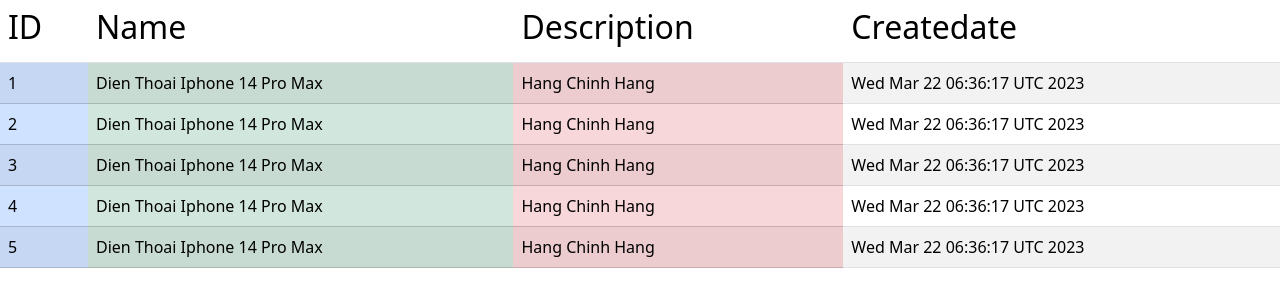
Repository: saiyagodvp/_java4
Page: http://localhost/slide4/product
An editor plug-in stored every save of this project. The page is shown before and after the next save, followed by the edit.
The browser window is 1280 px wide. The pictures show the whole page.
The page is served by Tomcat 9. Other server files are loaded and not shown.

Above is the page before, as saved 2023-03-24 10:59:23.

### slide4/src/main/webapp/product/list.jsp
<%@page import="org.apache.jasper.tagplugins.jstl.core.ForEach"%>
<%@ page language="java" contentType="text/html; charset=UTF-8"
	pageEncoding="UTF-8"%>

<%@page import="java.util.List"%>
<%@page import="model.Product "%>
<%@taglib uri="http://java.sun.com/jsp/jstl/core" prefix="c"%>
<!DOCTYPE html>
<html>
<head>
<link
	href="https://cdn.jsdelivr.net/npm/bootstrap@5.3.0-alpha1/dist/css/bootstrap.min.css"
	rel="stylesheet">
<script
	src="https://cdn.jsdelivr.net/npm/bootstrap@5.3.0-alpha1/dist/js/bootstrap.bundle.min.js"></script>

<script
	src="https://cdnjs.cloudflare.com/ajax/libs/angular.js/1.8.3/angular.min.js"
	integrity="sha512-KZmyTq3PLx9EZl0RHShHQuXtrvdJ+m35tuOiwlcZfs/rE7NZv29ygNA8SFCkMXTnYZQK2OX0Gm2qKGfvWEtRXA=="
	crossorigin="anonymous" referrerpolicy="no-referrer">

</script>
<script
	src="https://cdnjs.cloudflare.com/ajax/libs/angular.js/1.8.3/angular.min.js"
	integrity="sha512-KZmyTq3PLx9EZl0RHShHQuXtrvdJ+m35tuOiwlcZfs/rE7NZv29ygNA8SFCkMXTnYZQK2OX0Gm2qKGfvWEtRXA=="
	crossorigin="anonymous" referrerpolicy="no-referrer">

</script>
<meta charset="UTF-8">
<title>Insert title here</title>
</head>
<body align="center">
	<%-- <%
		List<Product> products = (List<Product>) request.getAttribute("listproducts");
		for (Product p : products){
			response.getWriter().print(p.getName());
		}
	%> --%>

	<!-- &nbsp -->

	<table class="table table-hover  table-striped ">
		<thead>
			<td><h2>ID</h2></td>
			<td><h2>Name</h2></td>
			<td><h2>Description</h2></td>
			<td><h2>Createdate</h2></td>
		</thead>
		<tbody>
			<c:forEach items="${listProducts}" var="p">
				<tr>
					<td class="table-primary">${p.id}</td>
					<td class="table-success">${p.name}</td>
					<td class="table-danger">${p.description}</td>
					<td>${p.createdate}</td>
				</tr>
			</c:forEach>
		</tbody>
	</table>
</body>
</html>

### slide4/src/main/java/controller/ProductController.java
package controller;

import java.io.IOException;
import java.util.ArrayList;
import java.util.Date;
import java.util.List;
import model.Product;
import javax.servlet.ServletException;
import javax.servlet.annotation.WebServlet;
import javax.servlet.http.HttpServlet;
import javax.servlet.http.HttpServletRequest;
import javax.servlet.http.HttpServletResponse;


@WebServlet("/product")
public class ProductController extends HttpServlet {
	private static final long serialVersionUID = 1L;

	public ProductController() {
		super();
		// TODO Auto-generated constructor stub
	}

	protected void doGet(HttpServletRequest request, HttpServletResponse response)
			throws ServletException, IOException {
		List<Product> p = new ArrayList<>();
		p.add(new Product(1, "Dien Thoai Iphone 14 Pro Max", "Hang Chinh Hang", new Date()));
		p.add(new Product(2, "Dien Thoai Iphone 14 Pro Max", "Hang Chinh Hang", new Date()));
		p.add(new Product(3, "Dien Thoai Iphone 14 Pro Max", "Hang Chinh Hang", new Date()));
		p.add(new Product(4, "Dien Thoai Iphone 14 Pro Max", "Hang Chinh Hang", new Date()));
		p.add(new Product(5, "Dien Thoai Iphone 14 Pro Max", "Hang Chinh Hang", new Date()));
		request.setAttribute("listProducts", p);
		request.getRequestDispatcher("/product/list.jsp").forward(request, response);
	}

	protected void doPost(HttpServletRequest request, HttpServletResponse response)
			throws ServletException, IOException {

	}

}

### slide4/src/main/java/model/Product.java
package model;

import java.util.Date;

public class Product {
	private int id;
	private String name;
	private String description;
	private Date createdate;

	public Product() {
		super();
	}

	public Product(int id, String name, String description, Date createdate) {
		super();
		this.id = id;
		this.name = name;
		this.description = description;
		this.createdate = createdate;
	}

	public int getId() {
		return id;
	}

	public void setId(int id) {
		this.id = id;
	}

	public String getName() {
		return name;
	}

	public void setName(String name) {
		this.name = name;
	}

	public String getDescription() {
		return description;
	}

	public void setDescription(String description) {
		this.description = description;
	}

	public Date getCreatedate() {
		return createdate;
	}

	public void setCreatedate(Date createdate) {
		this.createdate = createdate;
	}

}

After the next save:
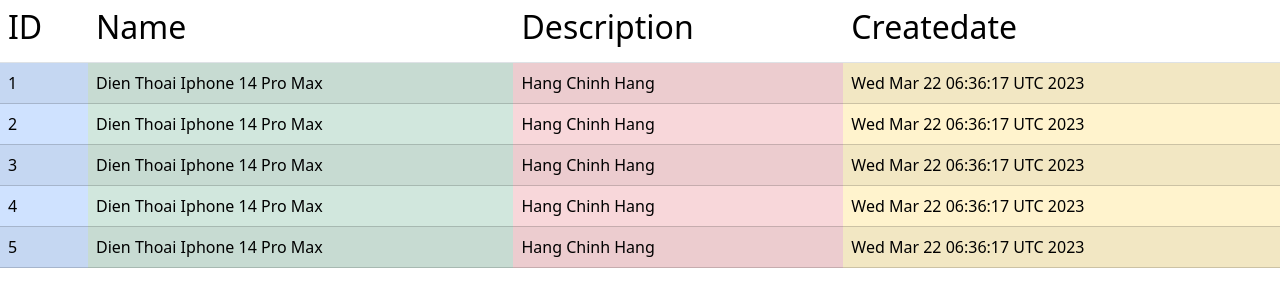
Saved 8 s later.
--- a/slide4/src/main/webapp/product/list.jsp
+++ b/slide4/src/main/webapp/product/list.jsp
@@ -52,7 +52,7 @@
 					<td class="table-primary">${p.id}</td>
 					<td class="table-success">${p.name}</td>
 					<td class="table-danger">${p.description}</td>
-					<td>${p.createdate}</td>
+					<td class="table-warning">${p.createdate}</td>
 				</tr>
 			</c:forEach>
 		</tbody>
